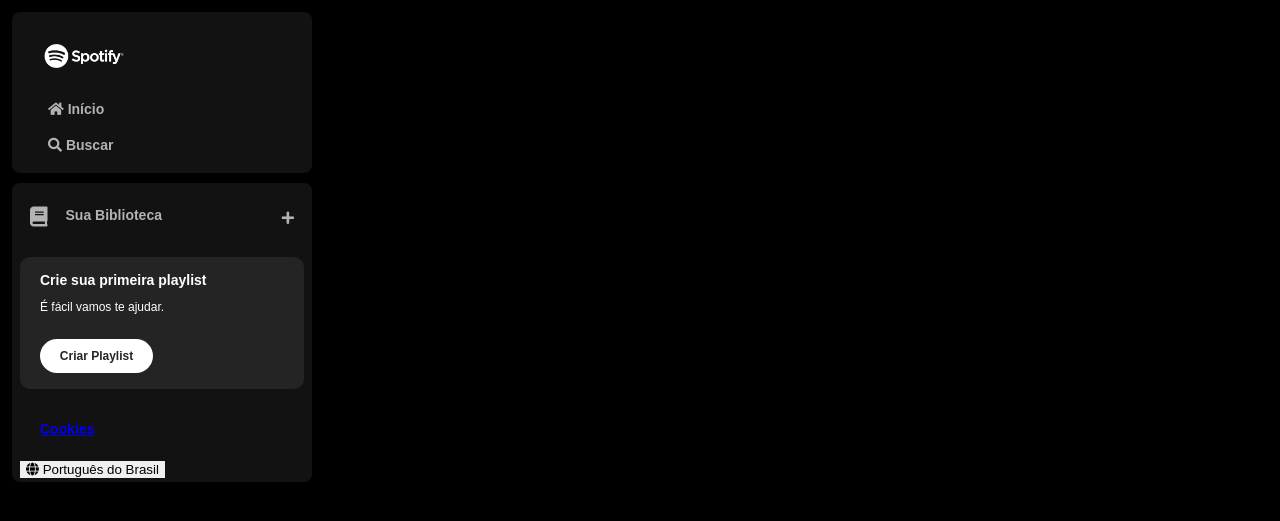
Repository: guilhermecardoso93/spotify-alura
Page: index.html
An editor plug-in stored every save of this project. The page is shown before and after the next save, followed by the edit.
The browser window is 1280 px wide. The pictures show the whole page.

Above is the page before, as saved 2024-02-21 20:16:12.

After the next save:
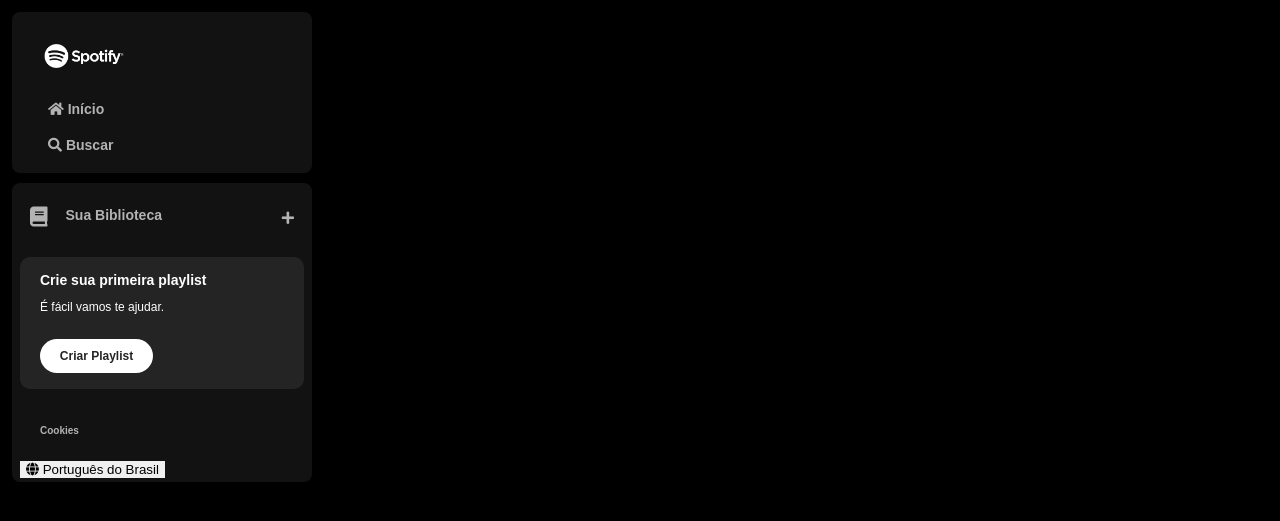
Saved 40 s later.
--- a/styles.css
+++ b/styles.css
@@ -145,6 +145,12 @@
 }
 
 .cookies {
-  text-decoration: none;
   margin: 25px 20px;
 }
+
+.cookies a  {
+  color: #b3b3b3;
+  font-weight: bold;
+  font-size: 10px;
+  text-decoration: none;
+}
